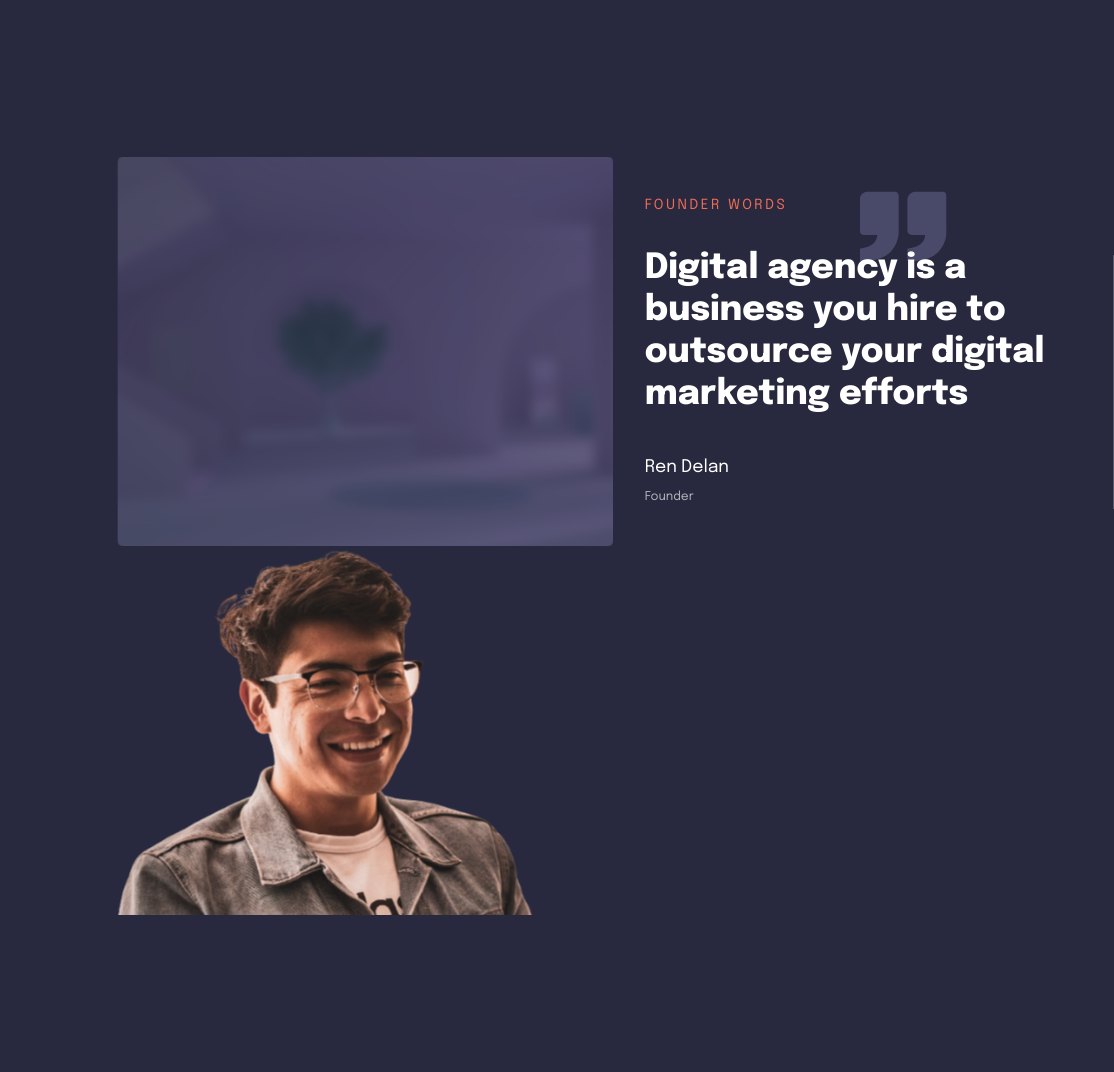
Repository: NatiqSamiyev/image-task
Page: founderWords/index.html
The author's editor kept a copy of each file at every save. The page is drawn from the files as they stood at one save, then again after a run of saves.
The browser window is 1280 px wide. The pictures show the whole page, at 87% of full size.

Above is the page before, as saved 2023-09-02 15:38:45.

### founderWords/index.html
<!DOCTYPE html>
<html lang="en">
  <head>
    <meta charset="UTF-8" />
    <meta name="viewport" content="width=device-width, initial-scale=1.0" />
    <title>Document</title>
    <link rel="stylesheet" href="index.css" />
  </head>
  <body>
    <div class="founder-words-container">
      <div class="left-container">
        <img class="image-1" src="../image/Bitmap (3).svg" alt="" />

          <img class="image-2" src="../image/Bitmap (4).svg" alt="" />

      </div>

      <div class="right-container">
        <div class="box-1">
          <h1>Founder Words</h1>
          <img src="../image/Shape (1).svg" alt="" />
        </div>

        <div class="box-2">
          <p>
            Digital agency is a business you hire to outsource your digital
            marketing efforts
          </p>
          <h2>Ren Delan</h2>
          <h3>Founder</h3>
        </div>
      </div>
    </div>
  </body>
</html>

### founderWords/index.css
@import url("https://fonts.googleapis.com/css2?family=Epilogue:wght@400;700;800&family=Roboto+Slab:wght@700&family=Roboto:wght@400;700&display=swap");
* {
  margin: 0;
  padding: 0;
  box-sizing: border-box;
}

.founder-words-container {
  width: 100%;
  padding: 180px 135px 176px 135px;
  background: #28293e;
  display: flex;
  justify-content: space-between;
}

.founder-words-container .left-container {
  width: 40%;

}

.founder-words-container .left-container .image-1 {
  width: 570px;
  height: 448px;
}

.founder-words-container .left-container .image-2 {
  width: 477px;
  height: 420px;
  /* position: absolute; */
  /* top: 28%;
  right: 57%; */
}

.founder-words-container .right-container {
  width: 40%;
}

.founder-words-container .right-container .box-1 {
  display: flex;
  margin-top: 40px;
}

.founder-words-container .right-container .box-1 h1 {
  color: var(--Text_Light_Accent, #ef6d58);
  font-feature-settings: "clig" off, "liga" off;
  font-family: Epilogue;
  font-size: 16px;
  font-style: normal;
  font-weight: 400;
  line-height: 32px;
  letter-spacing: 3px;
  text-transform: uppercase;
}

.founder-words-container .right-container .box-1 img {
  width: 100px;
  height: 80px;
  fill: #494a69;
  position: absolute;
  right: 15%;
}

.founder-words-container .right-container .box-2 {
  position: relative;
  margin-top: 33px;
}

.founder-words-container .right-container .box-2 p {
  width: 470px;
  color: var(--Text_Light, #fff);
  font-feature-settings: "clig" off, "liga" off;
  font-family: Epilogue;
  font-size: 40px;
  font-style: normal;
  font-weight: 800;
  line-height: 48px;
}

.founder-words-container .right-container .box-2 h2 {
  margin-top: 44px;
  color: var(--Text_Light, #fff);
  font-feature-settings: "clig" off, "liga" off;
  font-family: Epilogue;
  font-size: 20px;
  font-style: normal;
  font-weight: 400;
  line-height: 32px;
}

.founder-words-container .right-container .box-2 h3 {
  margin-top: 6px;
  color: var(--Text_Light_Gray, rgba(255, 255, 255, 0.64));
  font-feature-settings: "clig" off, "liga" off;
  font-family: Epilogue;
  font-size: 14px;
  font-style: normal;
  font-weight: 400;
  line-height: 24px;
}

After the next 4 saves:
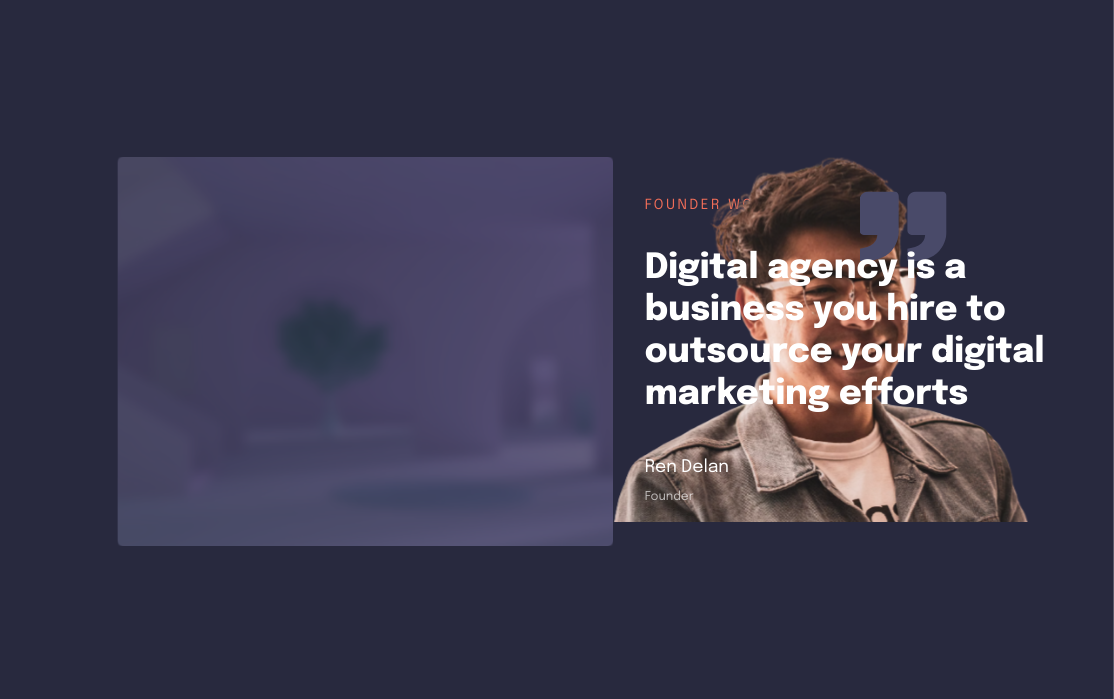
The 4 saves are shown as one change because they came seconds apart.
The last was saved 17 s later.
--- a/founderWords/index.css
+++ b/founderWords/index.css
@@ -14,7 +14,9 @@
 }
 
 .founder-words-container .left-container {
-  width: 40%;
+  width: 570px;
+  height: 448px;
+  position: relative;
 
 }
 
@@ -26,7 +28,8 @@
 .founder-words-container .left-container .image-2 {
   width: 477px;
   height: 420px;
-  /* position: absolute; */
+  position: absolute;
+  top: 0;
   /* top: 28%;
   right: 57%; */
 }
